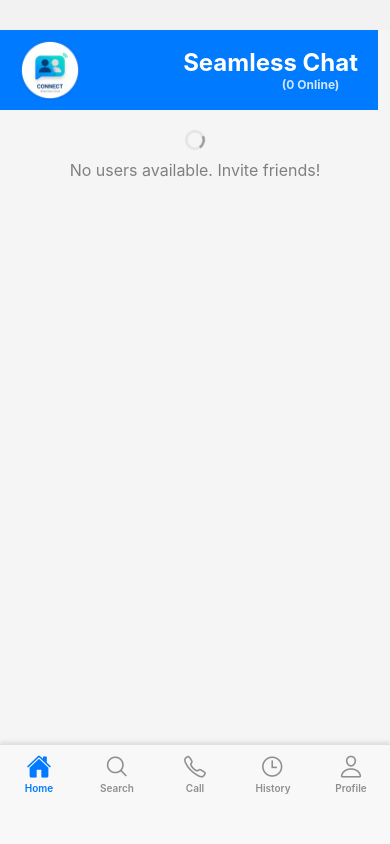
Repository: UdayRaj04/Chatapp_native
Screen: /MainTabs (app in ChatAppFrontend/)
These files come from the project's save history. The screen is drawn as it stood at one moment and after the next save; the edit follows.
The app was drawn by React Native's web renderer in a window 390 px wide. The project was rebuilt for these pictures with package versions that can differ from the ones it lists, and the page was loaded fresh each time. Some packages were replaced by stand-ins written for this rebuild. Also part of the build but not shown: ChatAppFrontend/screens/RegisterScreen.tsx, ChatAppFrontend/screens/ChatScreen.tsx, ChatAppFrontend/screens/SearchScreen.tsx, ChatAppFrontend/screens/AnalyticsScreen.tsx, ChatAppFrontend/screens/HistoryScreen.tsx, ChatAppFrontend/screens/ProfileScreen.tsx.

Above is the screen before, as saved 2025-09-09 18:02:24.

### ChatAppFrontend/App.tsx
import 'react-native-get-random-values';  // Polyfill first
import React from 'react';
import { NavigationContainer } from '@react-navigation/native';
import { createStackNavigator } from '@react-navigation/stack';
import { createBottomTabNavigator } from '@react-navigation/bottom-tabs';
import { Ionicons } from '@expo/vector-icons';
import { LogBox, View } from 'react-native';
import { SafeAreaProvider } from 'react-native-safe-area-context';  // New: For dynamic insets

// Suppress warnings
LogBox.ignoreLogs([
  'Text strings must be rendered within a <Text> component',
  'VirtualizedList: You have a large list that is slow to initial render',
  'Require cycle:',
  /Warning: [A-Za-z ]*Text strings[A-Za-z ]*/,
]);

// Your existing screens
import LoginScreen from './screens/LoginScreen';
import RegisterScreen from './screens/RegisterScreen';
import ChatListScreen from './screens/ChatListScreen';
import ChatScreen from './screens/ChatScreen';

// Placeholder screens (ensure they exist)
import SearchScreen from './screens/SearchScreen';
import AnalyticsScreen from './screens/AnalyticsScreen';
import HistoryScreen from './screens/HistoryScreen';
import ProfileScreen from './screens/ProfileScreen';

const Stack = createStackNavigator();
const Tab = createBottomTabNavigator();

// Main Tab Navigator (enhanced with safe area for no overlap)
function MainTabs() {
  return (
    <Tab.Navigator
      screenOptions={({ route }) => ({
        tabBarIcon: ({ focused, color, size }) => {
          let iconName: keyof typeof Ionicons.glyphMap;

          if (route.name === 'Chats') {
            iconName = focused ? 'home' : 'home-outline';
          } else if (route.name === 'Search') {
            iconName = focused ? 'search' : 'search-outline';
          } else if (route.name === 'Call') {
            iconName = focused ? 'call' : 'call-outline';
          } else if (route.name === 'History') {
            iconName = focused ? 'time' : 'time-outline';
          } else {
            iconName = focused ? 'person' : 'person-outline';
          }

          return <Ionicons name={iconName} size={size} color={color} />;
        },
        tabBarActiveTintColor: '#007AFF',
        tabBarInactiveTintColor: '#8e8e93',
        tabBarStyle: {
          backgroundColor: '#f8f8f8',
          borderTopWidth: 0.5,
          borderTopColor: '#e0e0e0',
          elevation: 8,
          shadowColor: '#000',
          shadowOffset: { width: 0, height: -2 },
          shadowOpacity: 0.1,
          shadowRadius: 4,
          height: 100,  // Increased: Taller tab bar (60 was too tight; 70 + labels)
          paddingBottom: 50,  // Reduced top padding for balance
          paddingTop: 5,
          position: 'absolute',  // Explicit: Ensures absolute positioning
          bottom: 0,  // Pin to bottom
          left: 0,
          right: 0,
          marginBottom: 0,  // No extra margin
        },
        tabBarLabelStyle: {
          fontSize: 10,
          fontWeight: '600',
          marginBottom: 0,  // Tight labels
        },
        headerShown: false,
        lazy: true,
        // New: Apply safe area padding to tab screens (prevents overlap)
        cardStyle: { paddingBottom: 0 },  // No extra card padding
      })}
    >
      <Tab.Screen name="Chats" component={ChatListScreen} options={{ title: 'Home' }} />
      <Tab.Screen name="Search" component={SearchScreen} options={{ title: 'Search' }} />
      <Tab.Screen name="Call" component={AnalyticsScreen} options={{ title: 'Call' }} />
      <Tab.Screen name="History" component={HistoryScreen} options={{ title: 'History' }} />
      <Tab.Screen name="Profile" component={ProfileScreen} options={{ title: 'Profile' }} />
    </Tab.Navigator>
  );
}

// Main App - Wrapped in SafeAreaProvider
export default function App() {
  return (
    <SafeAreaProvider>  {/* New: Enables useSafeAreaInsets() */}
      <View style={{ flex: 1 }}>
        <NavigationContainer>
          <Stack.Navigator
            initialRouteName="Login"
            screenOptions={{
              headerShown: false,
              cardStyle: { backgroundColor: '#f5f5f5' },
            }}
          >
            <Stack.Screen name="Login" component={LoginScreen} />
            <Stack.Screen name="Register" component={RegisterScreen} />
            <Stack.Screen name="MainTabs" component={MainTabs} />
            <Stack.Screen
              name="Chat"
              component={ChatScreen}
              options={{
                headerShown: true,
                headerTitle: 'Chat',
                headerStyle: { backgroundColor: '#007AFF' },
                headerTintColor: '#fff',
                presentation: 'modal',
                // Hide tabs in chat to avoid overlap
                tabBarStyle: { display: 'none' },
              }}
            />
          </Stack.Navigator>
        </NavigationContainer>
      </View>
    </SafeAreaProvider>
  );
}

### ChatAppFrontend/screens/LoginScreen.tsx
import React, { useState } from 'react';
import {
  View,
  TextInput,
  TouchableOpacity,
  Text,
  StyleSheet,
  Alert,
  ActivityIndicator,
  KeyboardAvoidingView,
  Platform,
  Image,  // New: For logo
} from 'react-native';
import { Ionicons } from '@expo/vector-icons';  // For input icons
import { useSafeAreaInsets } from 'react-native-safe-area-context';  // For insets (provider in App.tsx)
import { useNavigation } from '@react-navigation/native';  // For navigation
import AsyncStorage from '@react-native-async-storage/async-storage';
import axios, { AxiosError } from 'axios';

const API_BASE = 'http://192.168.29.93:5000/api';

interface LoginResponse {
  token: string;
  user: {
    id?: string;
    _id?: string;
    username: string;
    email: string;
  };
}

export default function LoginScreen() {
  const [email, setEmail] = useState<string>('');
  const [password, setPassword] = useState<string>('');
  const [loading, setLoading] = useState<boolean>(false);
  const [emailError, setEmailError] = useState<string>('');
  const [passwordError, setPasswordError] = useState<string>('');
  const navigation = useNavigation<any>();
  const insets = useSafeAreaInsets();  // Use insets from root provider

  const validateEmail = (email: string): boolean => {
    const emailRegex = /^[^\s@]+@[^\s@]+\.[^\s@]+$/;
    if (!email) {
      setEmailError('Email is required');
      return false;
    }
    if (!emailRegex.test(email)) {
      setEmailError('Invalid email format');
      return false;
    }
    setEmailError('');
    return true;
  };

  const validatePassword = (password: string): boolean => {
    if (!password) {
      setPasswordError('Password is required');
      return false;
    }
    if (password.length < 6) {
      setPasswordError('Password must be at least 6 characters');
      return false;
    }
    setPasswordError('');
    return true;
  };

  const handleLogin = async (): Promise<void> => {
    if (!validateEmail(email) || !validatePassword(password)) return;

    setLoading(true);
    try {
      const response = await axios.post<LoginResponse>(`${API_BASE}/auth/login`, {
        email,
        password,
      });
      await AsyncStorage.setItem('token', response.data.token);
      await AsyncStorage.setItem('user', JSON.stringify(response.data.user));
      navigation.replace('MainTabs');  // Navigate to tabs on success
    } catch (err) {
      const error = err as AxiosError;
      Alert.alert('Login Failed', error.response?.data?.error || 'Invalid credentials');
    } finally {
      setLoading(false);
    }
  };

  return (
    <KeyboardAvoidingView
      style={[styles.container, { paddingTop: insets.top }]}
      behavior={Platform.OS === 'ios' ? 'padding' : 'height'}
      enabled={true}
    >
      {/* Title with Logo */}
      <View style={styles.titleContainer}>
        {/* New: Bigger Logo */}
        <Image
          source={require('../assets/logos.png')}  // Adjust path if needed (e.g., '../../assets/logo.png')
          style={styles.logo}
          resizeMode="contain"
        />
        <Text style={styles.title}>Seamless Chat</Text>
        <Text style={styles.subtitle}>Welcome back! Sign in to continue</Text>
      </View>

      {/* Form */}
      <View style={styles.formContainer}>
        {/* Email Input */}
        <View style={styles.inputContainer}>
          <Ionicons name="mail" size={24} color="#999" style={styles.inputIcon} />
          <TextInput
            style={[styles.input, emailError ? styles.inputError : null]}
            value={email}
            onChangeText={(text) => {
              setEmail(text);
              if (emailError) validateEmail(text);
            }}
            placeholder="Email"
            keyboardType="email-address"
            autoCapitalize="none"
            onBlur={() => validateEmail(email)}
          />
        </View>
        {emailError ? <Text style={styles.errorText}>{emailError}</Text> : null}

        {/* Password Input */}
        <View style={styles.inputContainer}>
          <Ionicons name="lock-closed" size={24} color="#999" style={styles.inputIcon} />
          <TextInput
            style={[styles.input, passwordError ? styles.inputError : null]}
            value={password}
            onChangeText={(text) => {
              setPassword(text);
              if (passwordError) validatePassword(text);
            }}
            placeholder="Password"
            secureTextEntry={true}
            onBlur={() => validatePassword(password)}
          />
        </View>
        {passwordError ? <Text style={styles.errorText}>{passwordError}</Text> : null}

        {/* Login Button */}
        <TouchableOpacity
          style={[styles.button, loading ? styles.buttonDisabled : null]}
          onPress={handleLogin}
          disabled={loading}
          activeOpacity={0.7}
        >
          {loading ? (
            <ActivityIndicator size="small" color="#fff" />
          ) : (
            <Text style={styles.buttonText}>Login</Text>
          )}
        </TouchableOpacity>

        {/* Register Link */}
        <TouchableOpacity
          style={styles.linkContainer}
          onPress={() => navigation.navigate('Register')}
        >
          <Text style={styles.linkText}>Don't have an account? Register</Text>
        </TouchableOpacity>
      </View>
    </KeyboardAvoidingView>
  );
}

const styles = StyleSheet.create({
  container: {
    flex: 1,
    backgroundColor: '#f5f5f5',
    justifyContent: 'center',
    alignItems: 'center',
  },
  titleContainer: {
    alignItems: 'center',
    marginBottom: 50,  // Increased: More space after logo/title to form
  },
  // New: Logo Style (Bigger, Centered)
  logo: {
    width: 120,  // Bigger size - adjust as needed (e.g., 100 for smaller)
    height: 120,
    marginBottom: 20,  // Space between logo and title
    alignSelf: 'center',
  },
  title: {
    fontSize: 32,
    fontWeight: 'bold',
    color: '#333',
    marginBottom: 5,
  },
  subtitle: {
    fontSize: 16,
    color: '#666',
    textAlign: 'center',
  },
  formContainer: {
    width: '85%',  // Responsive width
    alignItems: 'center',
  },
  inputContainer: {
    flexDirection: 'row',
    alignItems: 'center',
    backgroundColor: '#fff',
    borderRadius: 10,
    marginBottom: 15,
    paddingHorizontal: 15,
    elevation: 2,
    shadowColor: '#000',
    shadowOffset: { width: 0, height: 1 },
    shadowOpacity: 0.1,
    shadowRadius: 2,
    width: '100%',
  },
  inputIcon: {
    marginRight: 10,
  },
  input: {
    flex: 1,
    paddingVertical: 12,
    fontSize: 16,
    color: '#333',
  },
  inputError: {
    borderWidth: 1,
    borderColor: '#ff6b6b',
  },
  errorText: {
    color: '#ff6b6b',
    fontSize: 12,
    marginBottom: 10,
    alignSelf: 'flex-start',
  },
  button: {
    backgroundColor: '#007AFF',
    borderRadius: 10,
    paddingVertical: 15,
    width: '100%',
    alignItems: 'center',
    marginTop: 10,
    elevation: 2,
    shadowColor: '#007AFF',
    shadowOffset: { width: 0, height: 2 },
    shadowOpacity: 0.2,
    shadowRadius: 4,
  },
  buttonDisabled: {
    backgroundColor: '#ccc',
  },
  buttonText: {
    color: '#fff',
    fontSize: 18,
    fontWeight: 'bold',
  },
  linkContainer: {
    marginTop: 20,
    alignItems: 'center',
  },
  linkText: {
    color: '#007AFF',
    fontSize: 16,
    textDecorationLine: 'underline',
  },
});

### ChatAppFrontend/screens/ChatListScreen.tsx
import React, { useState, useEffect } from 'react';
import {
  View,
  FlatList,
  Text,
  TouchableOpacity,
  StyleSheet,
  Alert,
  ActivityIndicator,
  Image,
} from 'react-native';
import { Ionicons } from '@expo/vector-icons';  // New: For user icons (person-circle)
import { useSafeAreaInsets } from 'react-native-safe-area-context';  // From previous (for padding)
import AsyncStorage from '@react-native-async-storage/async-storage';
import axios, { AxiosError } from 'axios';
import io, { Socket } from 'socket.io-client';

const API_BASE = 'http://192.168.29.93:5000/api';

interface User {
  _id: string;
  id?: string;
  username: string;
  email: string;
}

export default function ChatListScreen({ navigation }: { navigation: any }) {
  const [users, setUsers] = useState<User[]>([]);
  const [loading, setLoading] = useState<boolean>(true);
  const [currentUser, setCurrentUser] = useState<User | null>(null);
  const [socket, setSocket] = useState<Socket | null>(null);
  const [onlineUsers, setOnlineUsers] = useState<Set<string>>(new Set());

  // Safe area for dynamic padding (from previous)
  const insets = useSafeAreaInsets();
  const bottomPadding = Math.max(120, insets.bottom + 70);

  useEffect(() => {
    loadUser();
    fetchUsers();

    const initSocket = async () => {
      const token = await AsyncStorage.getItem('token');
      if (token) {
        const newSocket = io(API_BASE.replace('/api', ''), {
          auth: { token },
        });
        setSocket(newSocket);
        newSocket.on('connect_error', () => Alert.alert('Socket Error', 'Connection failed'));

        newSocket.on('userOnline', (data) => {
          console.log('User online:', data.userId);
          setOnlineUsers((prev) => new Set([...prev, data.userId]));
        });

        newSocket.on('userOffline', (data) => {
          console.log('User offline:', data.userId);
          setOnlineUsers((prev) => {
            const newSet = new Set(prev);
            newSet.delete(data.userId);
            return newSet;
          });
        });

        newSocket.on('onlineUsersList', (data) => {
          console.log('Initial online users:', data.onlineUsers);
          setOnlineUsers(new Set(data.onlineUsers));
        });

        newSocket.on('connect', () => {
          console.log('Socket connected - requesting online users');
          newSocket.emit('getOnlineUsers');
        });
      }
    };
    initSocket();

    return () => {
      socket?.disconnect();
    };
  }, []);

  const loadUser = async (): Promise<void> => {
    const userStr = await AsyncStorage.getItem('user');
    if (userStr) {
      setCurrentUser(JSON.parse(userStr));
    }
    setLoading(false);
  };

  const fetchUsers = async (): Promise<void> => {
    const token = await AsyncStorage.getItem('token');
    if (!token) return;
    try {
      const response = await axios.get<User[]>(`${API_BASE}/users`, {
        headers: { Authorization: `Bearer ${token}` },
      });
      const validUsers = response.data.filter(u =>
        u && u.username && (u._id || u.id) && typeof u.username === 'string'
      );
      setUsers(validUsers);
    } catch (err) {
      const error = err as AxiosError;
      Alert.alert('Error', error.response?.data?.error || 'Failed to load users');
    }
  };

  const startChat = (otherUser: User): void => {
    const userId = otherUser.id || otherUser._id;
    console.log('Starting chat with userId:', userId);
    if (!userId) {
      Alert.alert('Error', 'Invalid user data');
      return;
    }
    navigation.navigate('Chat', {
      otherUserId: userId,
      otherUserName: otherUser.username,
    });
  };

  const renderUser = ({ item }: { item: User }): JSX.Element => {
    if (!item || !item.username || !(item._id || item.id)) {
      return (
        <View style={styles.userItem}>
          <View style={styles.userContent}>
            <Text style={styles.username}>Invalid user entry</Text>
          </View>
        </View>
      );
    }
    const userId = item.id || item._id;
    const isOnline = onlineUsers.has(userId);
    const userIdShort = userId.substring(0, 8) + '...';
    return (
      <TouchableOpacity onPress={() => startChat(item)} style={styles.userItem} activeOpacity={0.7}>
        <View style={styles.userContent}>
          {/* New: User icon on left */}
          <View style={styles.iconContainer}>
            <Ionicons
              name="person-circle"
              size={50}
              color={isOnline ? '#007AFF' : '#ccc'}  // Green for online, gray for offline
            />
            {/* Optional: Small online dot (green circle below icon) */}
            {isOnline && (
              <View style={styles.onlineDot} />
            )}
          </View>
          {/* Text content on right */}
          <View style={styles.textContent}>
            <Text style={styles.username}>{item.username}</Text>
            {isOnline && <Text style={styles.onlineBadge}>Online</Text>}
            <Text style={styles.idText}>{"(ID: " + userIdShort + ")"}</Text>
          </View>
        </View>
      </TouchableOpacity>
    );
  };

  const renderEmpty = (): JSX.Element => (
    <View style={[styles.emptyContainer, { paddingBottom: bottomPadding }]}>
      <ActivityIndicator size="small" color="#999" />
      <Text style={styles.emptyText}>No users available. Invite friends!</Text>
    </View>
  );

  if (loading) {
    return (
      <View style={styles.loadingContainer}>
        <ActivityIndicator size="large" color="#0000ff" />
        <Text style={styles.loadingText}>Loading chats...</Text>
      </View>
    );
  }

  return (
    <View style={styles.container}>
      <View style={{
       paddingLeft: 20,paddingRight:20, paddingBottom:10, paddingTop:10,
  flexDirection: 'row',       // 👈 Arrange items in a row
  alignItems: 'center',       // 👈 Vertically center icon & text
  marginRight: 12,
  backgroundColor: '#007AFF',
  justifyContent:"space-between",
}}>
  <Image
    source={require('../assets/logos.png')}
    style={{ height: 60, width: 60, marginRight: 10 }}  // 👈 space between logo & text
  />
  <View style={{ flexDirection: 'column', alignItems: 'center' }}>
  <Text style={styles.title}>
    Seamless Chat
  </Text>
  <Text style={styles.title1}>
    ({onlineUsers.size} Online)
  </Text>
  </View>
</View>
      <FlatList
        data={users}
        keyExtractor={(item, index) => (item._id || item.id || index.toString())}
        renderItem={renderUser}
        ListEmptyComponent={renderEmpty}
        contentContainerStyle={[styles.listContent, { paddingBottom: bottomPadding }]}
        style={{ flex: 1 }}
        keyboardShouldPersistTaps="handled"
        bounces={true}
        showsVerticalScrollIndicator={true}
        initialNumToRender={10}
        maxToRenderPerBatch={5}
        windowSize={10}
        removeClippedSubviews={true}
        extraData={users}
        getItemLayout={(data, index) => ({ length: 70, offset: 70 * index, index })}
      />
    </View>
  );
}

const styles = StyleSheet.create({
  container: {
    marginTop: 30,
    flex: 1,
    backgroundColor: '#f5f5f5',
  },
  title: {
    fontSize: 24,
    fontWeight: 'bold',
    padding: 0,
    color: '#ffffffff',
    textAlign: 'center',



  },
  title1: {
    marginLeft:80,
    fontSize: 12,
    fontWeight: 'bold',
    padding: 0,
    color: '#ffffffce',
    textAlign: 'center',

  },
  loadingContainer: {
    flex: 1,
    justifyContent: 'center',
    alignItems: 'center',
  },
  loadingText: {
    marginTop: 10,
    fontSize: 16,
    color: '#666',
  },
  listContent: {
    paddingHorizontal: 10,
  },
  userItem: {
    backgroundColor: '#fff',
    marginVertical: 5,
    marginHorizontal: 10,
    borderRadius: 10,
    padding: 15,
    elevation: 2,
    shadowColor: '#000',
    shadowOffset: { width: 0, height: 1 },
    shadowOpacity: 0.2,
    shadowRadius: 1.41,
    // New: Taller for icon row
    minHeight: 70,
  },
  userContent: {
    flex: 1,
    flexDirection: 'row',  // New: Row for icon + text
    alignItems: 'center',  // New: Vertical center
  },
  // New: Icon container (left side)
  iconContainer: {
    marginRight: 15,  // Space between icon and text
    position: 'relative',  // For online dot positioning
  },
  // New: Text content wrapper (right side)
  textContent: {
    flex: 1,  // Take remaining space
    flexDirection: 'column',  // Stack username, badge, ID
    justifyContent: 'flex-start',
  },
  username: {
    fontSize: 18,
    fontWeight: 'bold',
    marginBottom: 2,  // Small space before badge/ID
  },
  onlineBadge: {
    fontSize: 12,
    color: '#007AFF',
    fontWeight: 'bold',
    marginBottom: 2,
  },
  idText: {
    fontSize: 12,
    color: 'gray',
  },
  // New: Online status dot (small green circle under icon)
  onlineDot: {
    position: 'absolute',
    bottom: 0,
    right: 0,
    width: 12,
    height: 12,
    borderRadius: 6,
    backgroundColor: '#007AFF',
    borderWidth: 2,
    borderColor: '#fff',  // White border for visibility
  },
  emptyContainer: {
    justifyContent: 'center',
    alignItems: 'center',
    padding: 20,
  },
  emptyText: {
    fontSize: 16,
    color: 'gray',
    textAlign: 'center',
    marginTop: 10,
  },
});

Loaded but not shown: ChatAppFrontend/index.ts (common file)

After the next save:
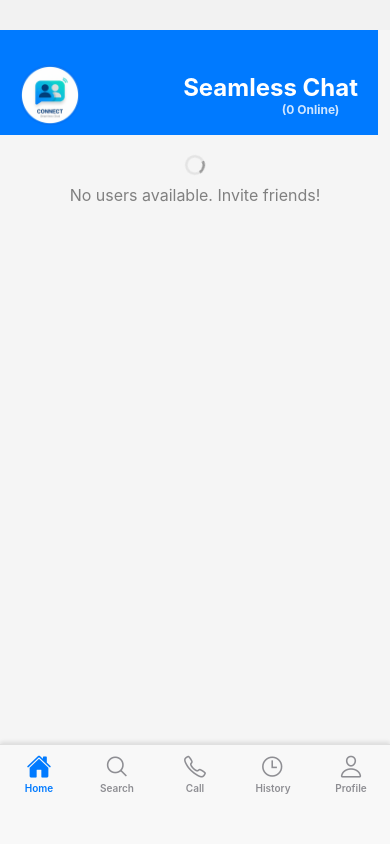
Saved 75 s later.
--- a/ChatAppFrontend/screens/ChatListScreen.tsx
+++ b/ChatAppFrontend/screens/ChatListScreen.tsx
@@ -176,7 +176,7 @@ export default function ChatListScreen({ navigation }: { navigation: any }) {
   return (
     <View style={styles.container}>
       <View style={{
-       paddingLeft: 20,paddingRight:20, paddingBottom:10, paddingTop:10,
+       paddingLeft: 20,paddingRight:20, paddingBottom:10, paddingTop:35,
   flexDirection: 'row',       // 👈 Arrange items in a row
   alignItems: 'center',       // 👈 Vertically center icon & text
   marginRight: 12,
